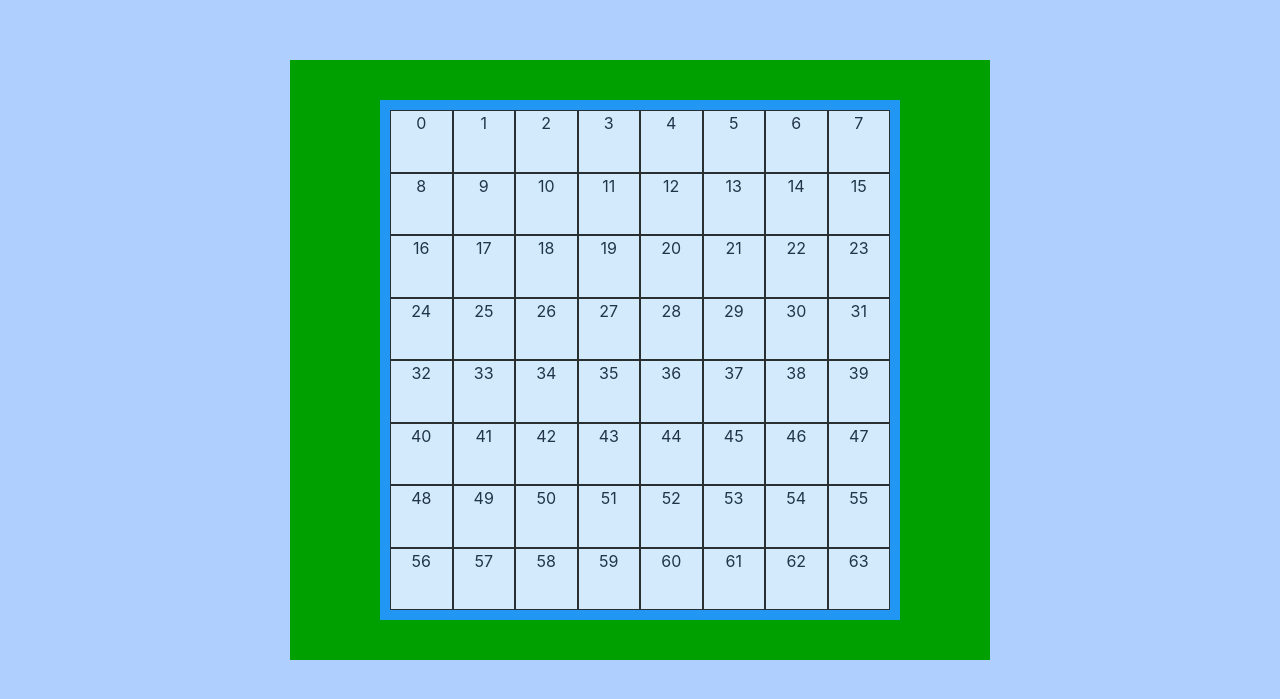
Repository: eliaoucohen72/react-reversi
Page: /
These files come from the project's save history. The page is drawn as it stood at one moment and after a run of saves; the edit follows.
The browser window is 1280 px wide. The pictures show the whole page.
The project was rebuilt for these pictures with package versions that can differ from the ones it lists, and the page was loaded fresh each time. Also part of the build but not shown: vite.config.ts.

Above is the page before, as saved 2024-08-26 12:56:14.

After the next 4 saves:
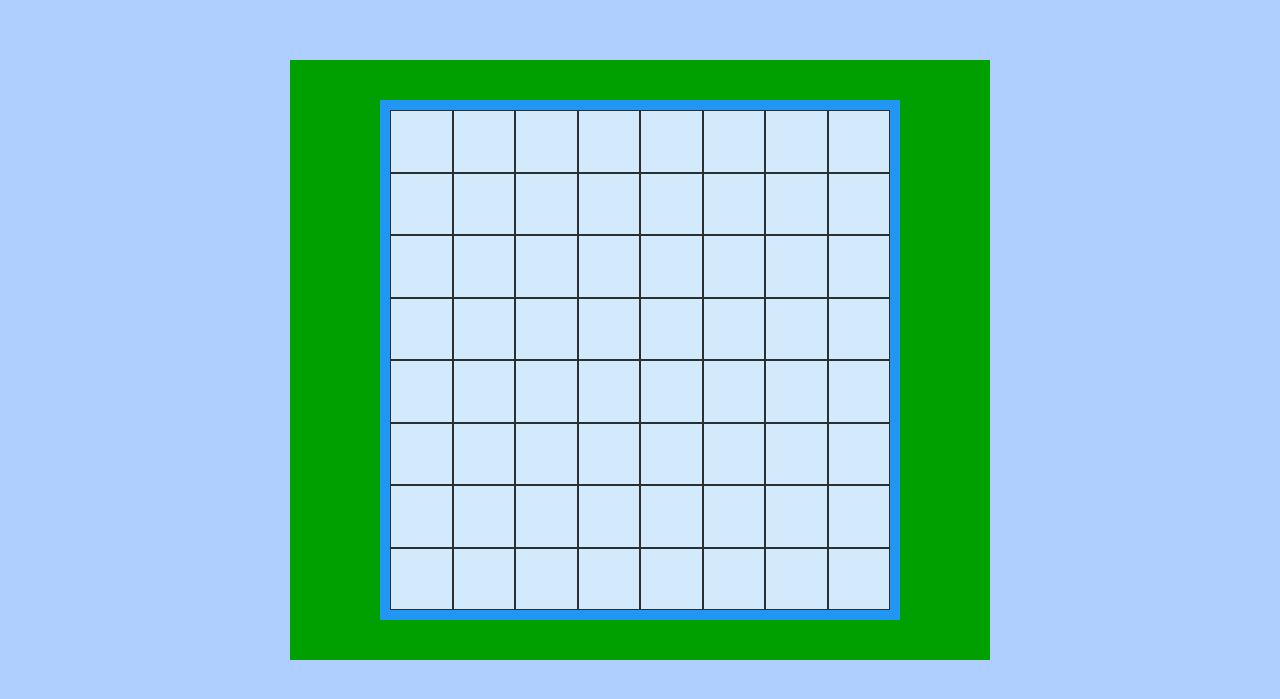
The 4 saves are shown as one change because they came seconds apart.
The last was saved 2 min 5 s later.
--- a/src/App.tsx
+++ b/src/App.tsx
@@ -3,7 +3,7 @@ import "./App.css";
 function App() {
   const returnBoard = () =>
     Array.from({ length: 64 }, (_: number, i: number) => {
-      return <div className="grid-item">{i}</div>;
+      return <div className="grid-item"><div style={{}}></div></div>;
     });
 
   return (
